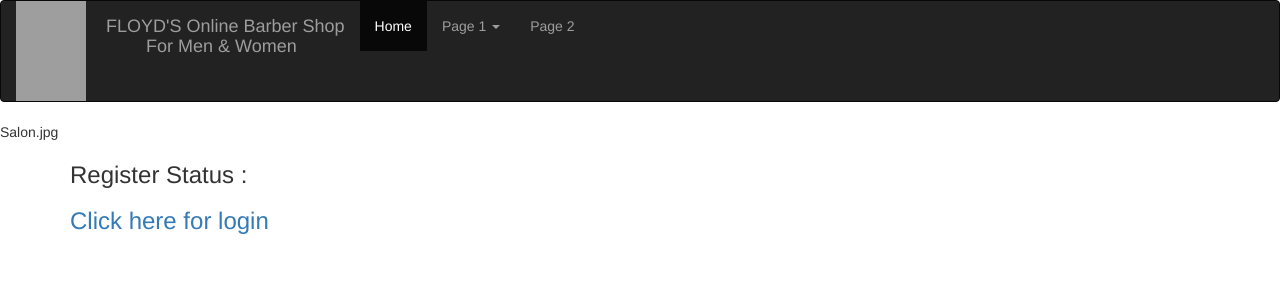
Repository: Mithil-Chavan/OnlineBarbershopManagementSystem
Page: http://localhost/OnlineBarberShop/WEB-INF/views/user/regstatus.jsp
These files come from the project's save history. The page is drawn as it stood at one moment and after the next save; the edit follows.
The browser window is 1280 px wide. The pictures show the whole page.
The page is served by Tomcat 9. Nobody is signed in. The template is opened directly, without the code that normally fills it, so the values that code supplies are empty.

Above is the page before, as saved 2021-03-25 06:30:05.

After the next save:
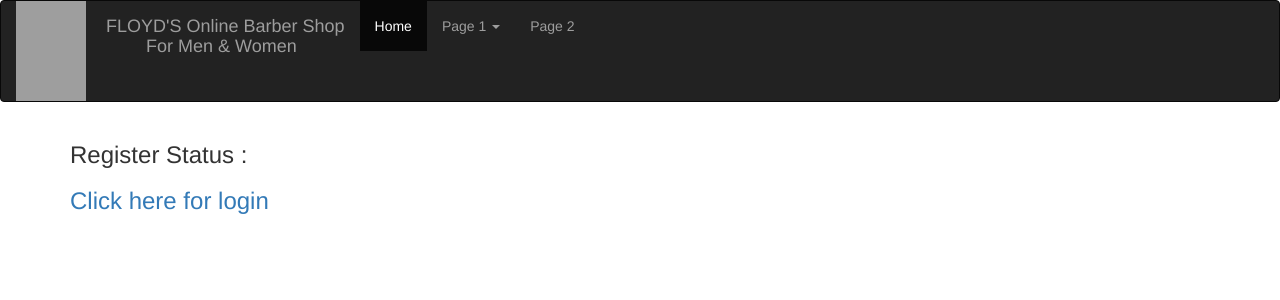
Saved 98 s later.
--- a/OnlineBarberShop/OnlineBarberShop/src/main/webapp/WEB-INF/views/user/regstatus.jsp
+++ b/OnlineBarberShop/OnlineBarberShop/src/main/webapp/WEB-INF/views/user/regstatus.jsp
@@ -42,7 +42,7 @@
   </div>
 </nav>
 
-<div>Salon.jpg</div>
+
 
  <div class="container">
 <h3>Register Status : ${requestScope.regstatus}</h3>
